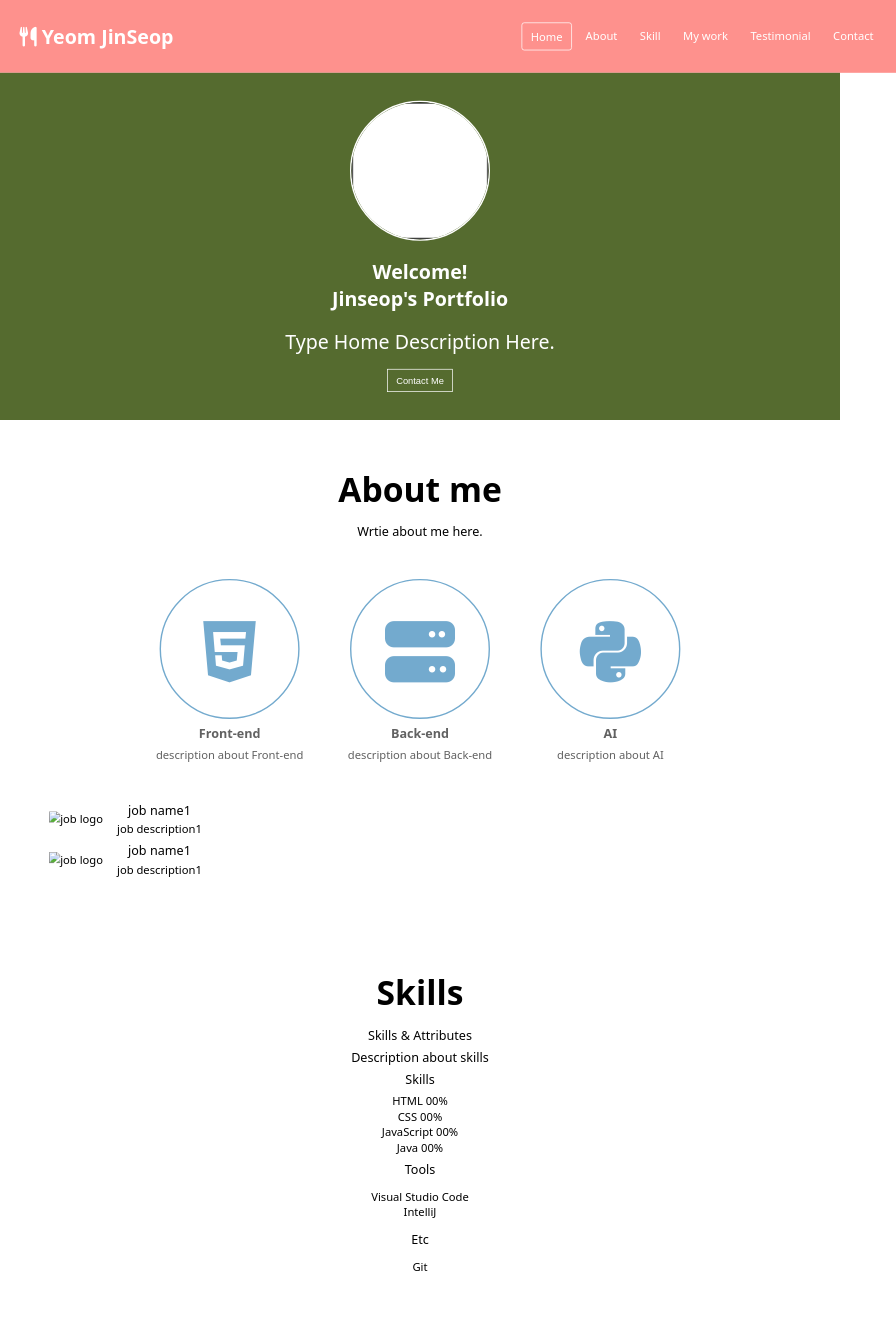
Repository: YEOMJINSEOP/yeomjinseop.github.io
Page: index.html
These files come from the project's save history. The page is drawn as it stood at one moment and after the next save; the edit follows.
The browser window is 1280 px wide. The pictures show the part of the page from y = 0 to 1920 px (the page is 3149 px tall), at 70% of full size.
Some web libraries are served in a nearby version.

Above is the page before, as saved 2022-08-14 14:24:59.

### index.html
<!DOCTYPE html>
<html lang="en">
<head>
  <meta charset="UTF-8">
  <meta http-equiv="X-UA-Compatible" content="IE=edge">
  <meta name="viewport" content="width=device-width, initial-scale=1.0">
  <title>Jinseop's Portfolio</title>
  <meta name="author" content="Jinseop Yeom">
  <meta name="description" content="Portfolio Website For Jinseop Yeom">

  <!--Logo Image-->
  <link rel="icon" type="image/png" href="images/favicon.png">


  <!--Font Awesome-->
  <script src="https://kit.fontawesome.com/d24b25bb21.js" crossorigin="anonymous"></script>

  <!--Google Fonts-->
  <link rel="preconnect" href="https://fonts.googleapis.com">
  <link rel="preconnect" href="https://fonts.gstatic.com" crossorigin>
  <link href="https://fonts.googleapis.com/css2?family=Open+Sans:wght@400;600;700&display=swap" rel="stylesheet">

  <!--CSS-->
  <link rel="stylesheet" href="style.css">

  <!--JavaScript-->
  <script src="main.js" defer></script>

</head>
<body>
  <!--Navbar-->
  <nav id="navbar">
    <div class="navbar__logo">
      <i class="fa-solid fa-utensils"></i>
      <a href="#">Yeom JinSeop</a>
    </div>
    <div>
      <ul class="navbar__menu">
        <li class="navbar__menu__item active">Home</li>
        <li class="navbar__menu__item">About</li>
        <li class="navbar__menu__item">Skill</li>
        <li class="navbar__menu__item">My work</li>
        <li class="navbar__menu__item">Testimonial</li>
        <li class="navbar__menu__item">Contact</li>
      </ul>
    </div>
  </nav>

  <!-- Home -->
  <section id="home" class="section">
    <img src="/images/whileimage.png" alt="Jinseop's image" class="home__avatar">
    <h1 class="home__title">Welcome! <br/> Jinseop's Portfolio</h1>
    <h3 class="home__description">Type Home Description Here.</h3>
    <button class="home__button">Contact Me</button>
  </section>

  <!--About-->
  <section id="about" class="section">
    <h1>About me</h1>
    <p>Wrtie about me here.</p>

    <div class="about__majors">
      <div class="about__majors">
      <div class="major">
        <div class="major__icon">
          <i class="fa-brands fa-html5"></i>
        </div>
        <div class="major__title">
          Front-end
        </div>
        <div class="major__description">
          description about Front-end
        </div>
      </div>

      <div class="major">
        <div class="major__icon">
          <i class="fa-solid fa-server"></i>
        </div>
        <div class="major__title">
          Back-end
        </div>
        <div class="major__description">
          description about Back-end
        </div>
      </div>


      <div class="major">
        <div class="major__icon">
          <i class="fa-brands fa-python"></i>
        </div>
        <div class="major__title">
          AI
        </div>
        <div class="major__description">
          description about AI
        </div>
      </div>
    </div>
  </div>

    <div class="about__jobs">
      <div class="job">
        <img src="" alt="job logo" class="job__logo">
        <div class="job__info">
          <p class="job__name">job name1</p>
          <p class="job__description">job description1</p>
        </div>
      </div>
      <div class="job">
        <img src="" alt="job logo" class="job__logo">
        <div class="job__info">
          <p class="job__name">job name1</p>
          <p class="job__description">job description1</p>
        </div>
      </div>
    </div>
  </section>

  <!--Skills-->
  <section id="skills" class="section">
    <h1>Skills</h1>
    <h3>Skills & Attributes</h3>
    <p>Description about skills</p>
    <div class="skillset">
      <div class="skillset__left">
        <h3 class="skillset__title">Skills</h3>
        <div class="skill">
          <div class="skill_description">
            <span>HTML</span>
            <span>00%</span>
          </div>

          <div class="skill__bar">
            <div class="skill__value"></div>
          </div>
        </div>

        <div class="skill">
          <div class="skill_description">
            <span>CSS</span>
            <span>00%</span>
          </div>

          <div class="skill__bar">
            <div class="skill__value"></div>
          </div>

          <div class="skill">
            <div class="skill_description">
              <span>JavaScript</span>
              <span>00%</span>
            </div>

            <div class="skill__bar">
              <div class="skill__value"></div>
            </div>
          </div>
        </div>

        <div class="skill">
          <div class="skill_description">
            <span>Java</span>
            <span>00%</span>
          </div>

          <div class="skill__bar">
            <div class="skill__value"></div>
          </div>
        </div>
      </div>
      <div class="skillset_right">
        <div class="tools">
          <h3 class="skillset__title">Tools</h3>
          <ul class="tools_list">
            <li><span>Visual Studio Code</span></li>
            <li><span>IntelliJ</span></li>
          </ul>
        </div>

        <div class="etc">
          <h3 class="skillset__title">Etc</h3>
          <ul class="etc__list">
            <li><span>Git</span></li>
          </ul>
        </div>

      </div>
    </div>
  </section>

  <!--Work-->
  <section id="work" class="section">
    <h1>My work</h1>
    <h3>Projects</h3>
    <div class="work__categories">
      <button class="category__btn">All<span class="category__count">3</span></button>
      <button class="category__btn">Front-end<span class="category__count">1</span></button>
      <button class="category__btn">Back-end<span class="category__count">1</span></button>
      <button class="category__btn">AI<span class="category__count">1</span></button>
    </div>

    <div class="work__projects">
      <a href="#" class="project" target="blank">
        <img src="" alt="project image" class="project__image">
        <div class="project__description">
          <h3>Project Name</h3>
          <span>Description about Project</span>
        </div>
      </a>

      <a href="#" class="project" target="blank">
        <img src="" alt="project image" class="project__image">
        <div class="project__description">
          <h3>Project Name</h3>
          <span>Description about Project</span>
        </div>
      </a>

      <a href="#" class="project" target="blank">
        <img src="" alt="project image" class="project__image">
        <div class="project__description">
          <h3>Project Name</h3>
          <span>Description about Project</span>
        </div>
      </a>

      <a href="#" class="project" target="blank">
        <img src="" alt="project image" class="project__image">
        <div class="project__description">
          <h3>Project Name</h3>
          <span>Description about Project</span>
        </div>
      </a>
    </div>
  </section>

  <!--Testimonial-->
  <section id="testimonial" class="section">
    <h1>Testimonial</h1>
    <h3>See What They Say About Me</h3>
    <div class="testimonials">
      <div class="testimonial">
        <img src="" alt="Person Image" class="testimonial__avatar">
        <div class="testimonial__speech_bubble">
          <p>Recommendation Talk Here.</p>
          <p class="name"><a href="#">Professor A</a></p>
        </div>
      </div>

      <div class="testimonial">
        <img src="" alt="Person Image" class="testimonial__avatar">
        <div class="testimonial__speech_bubble">
          <p>Recommendation Talk Here.</p>
          <p class="name"><a href="#">Professor A</a></p>
        </div>
      </div>
    </div>
  </section>

  <!--Contact-->
  <section id="contact" class="section">
    <h1>Let's Talk</h1>
    <h3>yeom_123@naver.com</h3>
    <div class="contact_links">
      <a href="#" target="blank">
        <i class = "fab fa-github"></i>
      </a>

      <a href="#" target="blank">
        <i class = "fa fa-linkedin-square"></i>
      </a>
    </div>
    <p class="contact_rights">
      2022 YEOM JINSEOP - All rights reserved
    </p>
  </section>
</body>
</html>

### style.css
 /* Global */

 :root{
  /* Color */
  --color-white: #ffffff;
  --color-light-white: #eeeeee;
  --color-dark-whtie: #bdbdbd;
  --color-pink: #fe918d;
  --color-dark-pink: #ff6863;
  --color-black: #4d4d4d;
  --color-grey: #616161;
  --color-light-gray: #7c7979;
  --color-blue: #73aace;
  --color-yellow: #fff7d1;
  --color-orange: #feb546;
  --color-black: #000000;

  /* Font size */
  --font-large: 48px;
  --font-medium: 28px;
  --font-regular: 18px;
  --font-small: 16px;
  --font-micro: 14px;


  /* Font Weight */
  --weight-bold: 700;
  --weight-semi-bold: 600;
  --weight-regular: 400;

  /* Size */
  --size-border-radius: 4px;

 }

 /* Universal tages */
 * {
  box-sizing: border-box;
 }

 body{
  margin: 0;
  font-family:system-ui, -apple-system, BlinkMacSystemFont, 'Segoe UI', Roboto, Oxygen, Ubuntu, Cantarell, 'Open Sans', 'Helvetica Neue', sans-serif;
  cursor: default;
}

 a{
  text-decoration: none;
  color: var(--color-white);
 }

 ul{
  list-style: none;
  padding-left: 0;
 }

 button{
  background-color: transparent;
  border: none;
  cursor: pointer;
 }



 /* Typography */

 h1{
  font-size: var(--font-large);
  font-weight: var(--weight-bold);
  color: var(--color-black);
  margin: 16px 0;
 }

 h2{
  font-size: var(--font-medium);
  font-weight: var(--weight-semi-bold);
  color: var(--color-black);
  margin: 8px 0;
 }

 h3{
  font-size: var(--font-regular);
  font-weight: var(--weight-regular);
  color: var(--color-black);
  margin: 8px 0;
 }

 p{
  font-size: var(--font-regular);
  font-weight:  var(--font-regular);
  color: var(--color-black);
  margin: 4px 0;
 }

 /* Body  */

 /* Nav */
 #navbar{
  display: flex;
  justify-content: space-between;
  align-items: center;
  background-color: var(--color-pink);
  color: var(--color-white);
  padding: 16px;
 }

 .navbar__logo{
  font-size: var(--font-medium);
  font-weight: var(--weight-semi-bold);
  padding: 8px 12px;
 }

 .navbar__menu{
  display: flex;
  font-size: var(--font-small);
  font-weight: var(--weight-regular);
 }

 .navbar__menu__item.active{
  border: 1px solid white;
 }

 .navbar__menu__item{
  padding: 8px 12px;
  margin: 0 4px;
  border-radius: var(--size-border-radius);
  cursor: pointer;
 }

 .navbar__menu__item:hover{
  background-color: var(--color-dark-pink);
 }

 /* Home */

 #home{
  background-color: darkolivegreen;
  background-position: center;
  background-repeat: no-repeat;
  background-size: cover;
  padding: 40px;
  text-align: center;
 }

 .home__avatar{
  border: 2px solid var(--color-white);
  border-radius: 50%;
  width: 200px;
  height: 200px;
 }

 .home__title,
 .home__description{
  font-size: var(--font-medium);
  color: var(--color-white);
  padding: 4px;
 }

 .home__button{
  border: 1px solid var(--color-white);
  padding: 8px 12px;
  margin-top: 8px;
  color: var(--color-white);
 }

.home__button:hover{
  background-color: var(--color-dark-pink);
}

/* Section Common */
.section{
  padding: 50px;
  text-align: center;
  max-width: 1200px;
}

/* About */

.about__majors{
  display: flex;
  justify-content: center;
  margin: 8px 12px;
  padding: 12px;
}

.major{
  margin: 8px 24px;
}

.major__icon{
  height: 200px;
  width: 200px;
  font-size: 100px;
  line-height: 200px;
  border: 2px solid var(--color-blue);
  border-radius: 50%;
  color: var(--color-blue);
  margin: 8px 12px;
  transition: all 300ms linear;
}

.major__icon:hover{
  color: var(--color-orange);
  border-color: var(--color-orange);
}

.major__icon:hover i{
  transform: scale(120%);
}


.major__title {
  font-size: var(--font-regular);
  font-weight: var(--weight-semi-bold);
  color:var(--color-grey);
  margin: 8px;;
}

.major__description{
  font-size: var(--font-small);
  color: var(--color-grey);
}

.about__jobs{
  margin: 12px 0;
}

.job{
  display: flex;
  align-items: center;
}

.job__logo{
  padding: 8px;
  margin: 4px 12px;
}

.job__name{
  font-size: var(--font-regular);
}

.job__description{
  font-size: var(--font-small);
}

Loaded but not shown: main.js (no copy from this time; the picture is the same without it)

After the next save:
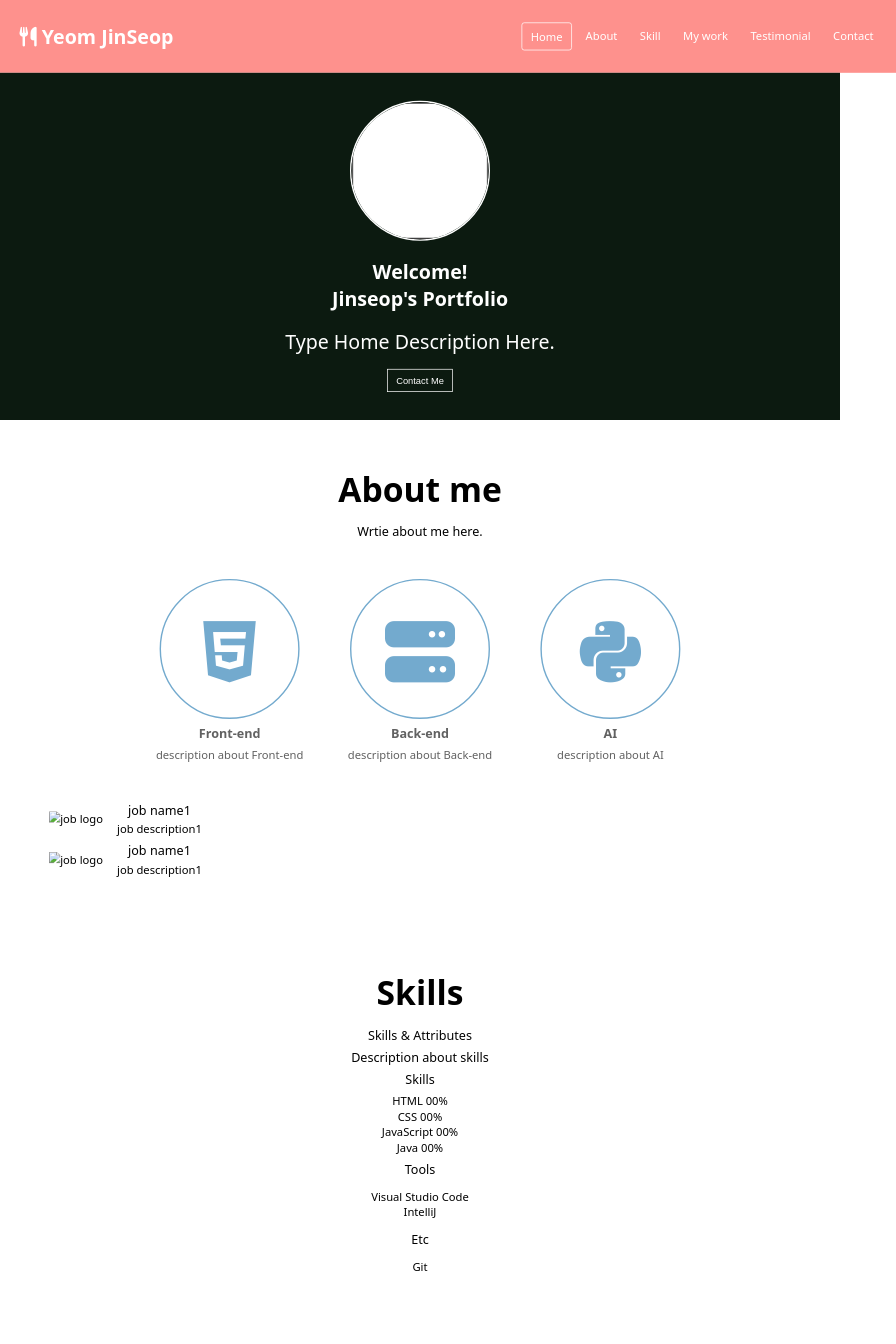
Saved 2 min 21 s later.
--- a/style.css
+++ b/style.css
@@ -14,6 +14,7 @@
   --color-yellow: #fff7d1;
   --color-orange: #feb546;
   --color-black: #000000;
+  --color-dark-green: #0c1a10;
 
   /* Font size */
   --font-large: 48px;
@@ -134,7 +135,7 @@
  /* Home */
 
  #home{
-  background-color: darkolivegreen;
+  background-color: var(--color-dark-green);
   background-position: center;
   background-repeat: no-repeat;
   background-size: cover;
